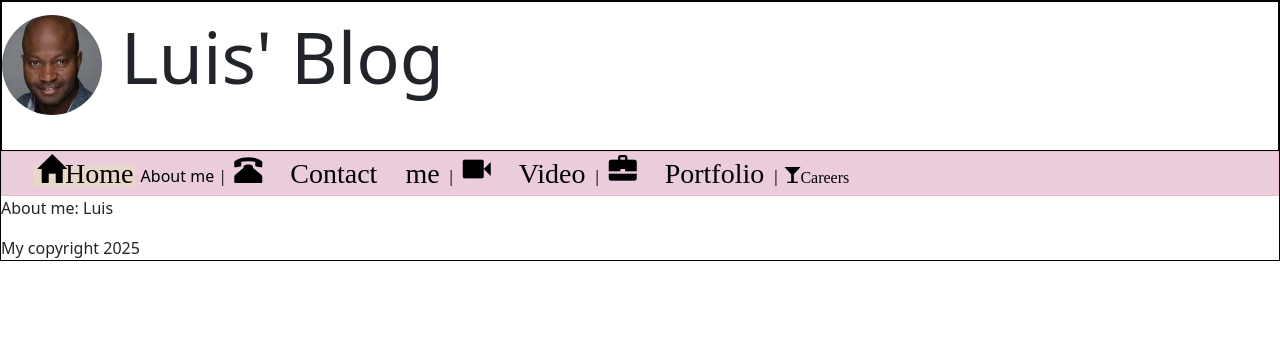
Repository: wduluis/wduluis.github.io
Page: aboutme.html
An editor plug-in stored every save of this project. The page is shown before and after the next save, followed by the edit.
The browser window is 1280 px wide. The pictures show the whole page.

Above is the page before, as saved 2025-05-09 10:43:17.

### aboutme.html
<!doctype html>
<html lang="en-GB">

<head>
<meta charset="utf-8" />
<meta name="viewport" content="width=width-device, initial-scale=1 strink-to-fit=no" />
<meta description="Website development, Web design" />
<title>Luis's Blog </title>
<link rel="stylesheet" type="text/css" href="mycss/myblog.css" />
<script type="text/javascript" src="myjsfiles/mytasks.js"/> </script>

<link rel="stylesheet" type="text/css" href="my_bootstrap/css/bootstrap.min.css" />

<link rel="stylesheet" type="text/css" href="glyphicons-only-bootstrap/css/bootstrap.min.css" />

<script type="text/javascript" src="my_bootstrap/js/bootstrap.min.js" /> </script>

<script type="text/javascript" src="my_jquery/jquery-3.7.1.min.js" /> </script>




</head>
<body>
<div id="mypage">
<div id="banner"> <img src="images/luis_photo.jpg" alt="photo of Luis Ibhiabor" width="100" height="100"/> Luis' Blog</div>
<div id="topnav">
<ul>
<li class="hm"> <a href="index.html" class="glyphicon glyphicon-home gi-2x">Home</a></li>
<li> <a href="aboutus.html"> About me </a> </li> |
<li> <a href="contacts.html" class="glyphicon glyphicon-phone-alt gi-2x"> Contact me </a> </li> |
<li> <a href="video.html" class="glyphicon glyphicon glyphicon-facetime-video gi-2x"> Video </a> </li> |
<li> <a href="portfolio.html" class="glyphicon glyphicon glyphicon-briefcase gi-2x"> Portfolio </a> </li> |
<li> <a href="careers.html" class="glyphicon glyphicon-glass g1-2x">Careers</a></li>

</ul>
</div>

<div id="contentarea">
<p> About me: Luis</p>


</div>


<div id="pagefooter"> My copyright 2025 </div>

</div>
</body>
</html>

### mycss/myblog.css

body {
background-color: #fff;
font-family: Arial, Helvetica, sans-serif;
}

#mypage {
border: 1px solid #000;
/* width: 1400px; */
width: 100%;
}

#banner {
height: 150px;
border: 1px solid #000;
}

#topnav {
height: 45px;
border: 1px solid #edbcca;
}

/*Improving it starts here*/
#topnav {
background-color: #eaccdc;

}

.gi-2x{font-size: 28px; padding: 3px;}
.gi-3x{font-size: 3em;}
.gi-4x{font-size: 4em;}
.gi-5x{font-size: 5em;}


#banner img {
border-radius: 50%;

/*height: 100px; width: 100px; background-color: #ff5733; margin: auto;*/
}

/*Improving it ends here*/


#topnav ul li{
text-decoration: none;
display: inline;
}

#topnav a:link {
text-decoration: none;
color: #000;
}

#topnav a:visited {
color: #caadce;
}

#topnav a:hover {
background-color: #000;
}

#contentarea {
height: auto;
/* height: 700px; */

}


#banner {
font-size: 450%;

}

.hm {
height: 25px;
background-color: #e8d8c8;
}




/*
#topnav ul li {
text-decoration: none;
display: inline;

}

https://developers.google.com/fonts/docs/getting_started

#mypage {


border: 1px solid #000;
}

*/

.company_profile {
    width: 100%;
    height: 250px;
    background-color: #c8def2;
    /* border-radius: 8px;
    margin: 10px; */
}

.current_trainees {
    width: 100%;
    height: 400px;
    background-color:burlywood;
}

.job_spec {
    width: 100%;
    height: 300px;
    background-color:brown;
}

.application_form {
    width: 100%;
    height: 400px;
    background-color:darkgray;
}

.our_courses {
    width: 100%;
    height: 380px;
    background-color: coral;
}

.current_trainees ul li{
    display: inline;
    margin-right: 85px;
}

### myjsfiles/mytasks.js
/*
document.write("Hello World!");
window.alert("Welcome to my blog!");
*/

Loaded but not shown: my_bootstrap/css/bootstrap.min.css (library); glyphicons-only-bootstrap/css/bootstrap.min.css (library); my_bootstrap/js/bootstrap.min.js (library); my_jquery/jquery-3.7.1.min.js (library)

After the next save:
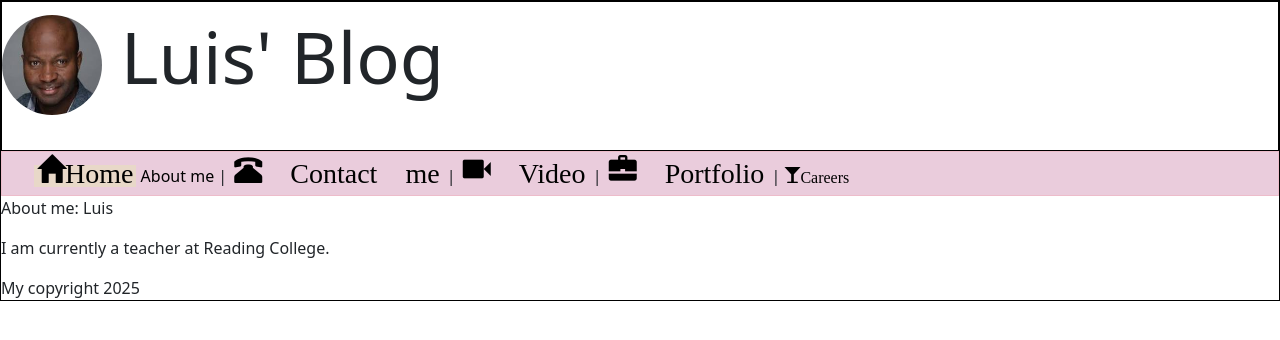
Saved 3 min 11 s later.
--- a/aboutme.html
+++ b/aboutme.html
@@ -38,6 +38,7 @@
 
 <div id="contentarea">
 <p> About me: Luis</p>
+<p>I am currently a teacher at Reading College.</p>
 
 
 </div>
